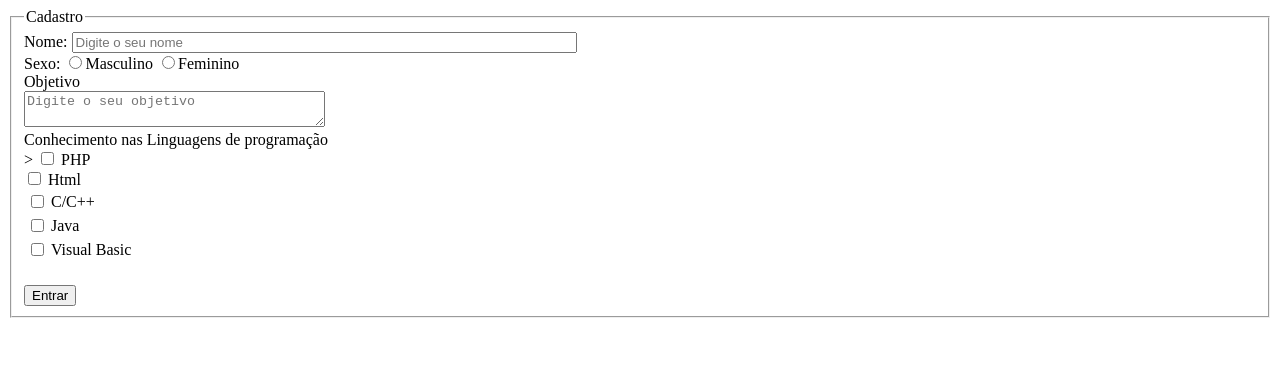
Repository: Lerif/WebServletLearning
Page: http://localhost/WebLearning/
An editor plug-in stored every save of this project. The page is shown before and after the next save, followed by the edit.
The browser window is 1280 px wide. The pictures show the whole page.
The page is served by Tomcat 9. Other server files are loaded and not shown.

Above is the page before, as saved 2016-10-26 13:52:16.

### WebServelets/WebLearning/WebContent/TryJSP.jsp
<%@ page language="java" contentType="text/html; charset=UTF-8"
    pageEncoding="UTF-8"%>
<!DOCTYPE html>
<html>
<head>
<meta http-equiv="Content-Type" content="text/html; charset=UTF-8">
<title>HelloWorld</title>
</head>
<body>
	<form name = "CadastroUsuario" id="CadastroId" method="post" action="ServeletTry">
		<fieldset>
			<legend>Cadastro</legend>
			Nome:
			<input type="text" 	name="name" size="60" placeholder="Digite o seu nome" required/>
			<br>

			Sexo:
			<input type="radio" name="sex" value="male" />Masculino
			<input type="radio" name="sex" value="female"  />Feminino
			<br>

			Objetivo
			<br>
			<textarea name="objective" cols="35" rows="2" placeholder="Digite o seu objetivo" required></textarea>
			<br>

			Conhecimento nas Linguagens de programação
			<br>
			<table>
				<tr>
					<td> <input type="checkbox" id="formation1" name="c" value="0" /> </td>
					<td>C/C++ </td>
				</tr>
				<tr>
					<td><input type="checkbox" id="formation2" name="java" value="1" /></td>
					<td>Java</td>
				</tr>
				<tr>
					<td><input type="checkbox" id="formation3" name="vb" value="2" /></td>
					<td>Visual Basic</td>>
				</tr>
				<tr>
				<input type="checkbox" id="formation4" name="php" value="3" /> PHP<br>
				</tr>
				<tr>
				<input type="checkbox" id="formation5" name="html" value="4" /> Html<br>
				</tr>
			</table>


			<br>
			<button onClick="entrar()" value="Submit form">Entrar</button>
			<br>
		</fieldset>
	</form>
</body>

<script>
	function entrar(){
		document.getElementById("CadastroId").submit();
	}
</script>
</html>

After the next save:
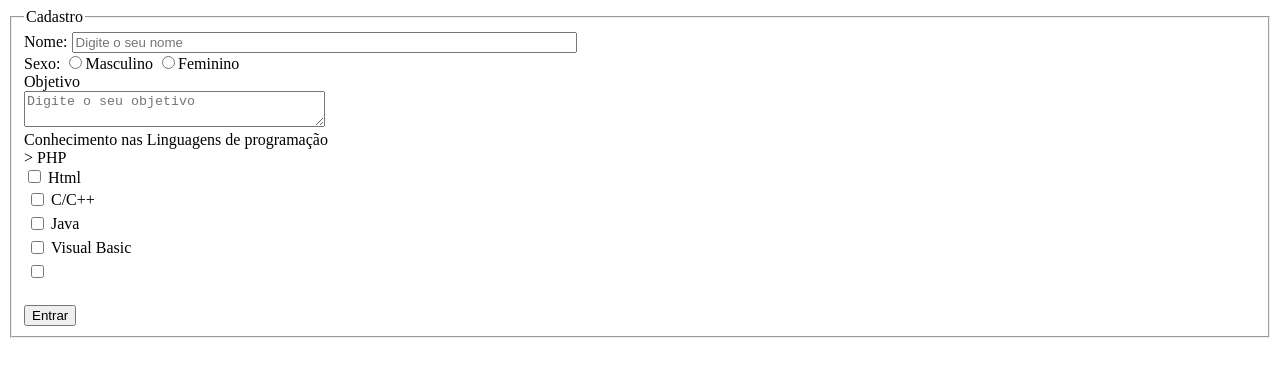
Saved 8 s later.
--- a/WebServelets/WebLearning/WebContent/TryJSP.jsp
+++ b/WebServelets/WebLearning/WebContent/TryJSP.jsp
@@ -40,7 +40,7 @@
 					<td>Visual Basic</td>>
 				</tr>
 				<tr>
-				<input type="checkbox" id="formation4" name="php" value="3" /> PHP<br>
+					<td><input type="checkbox" id="formation4" name="php" value="3" /></td> PHP<br>
 				</tr>
 				<tr>
 				<input type="checkbox" id="formation5" name="html" value="4" /> Html<br>
